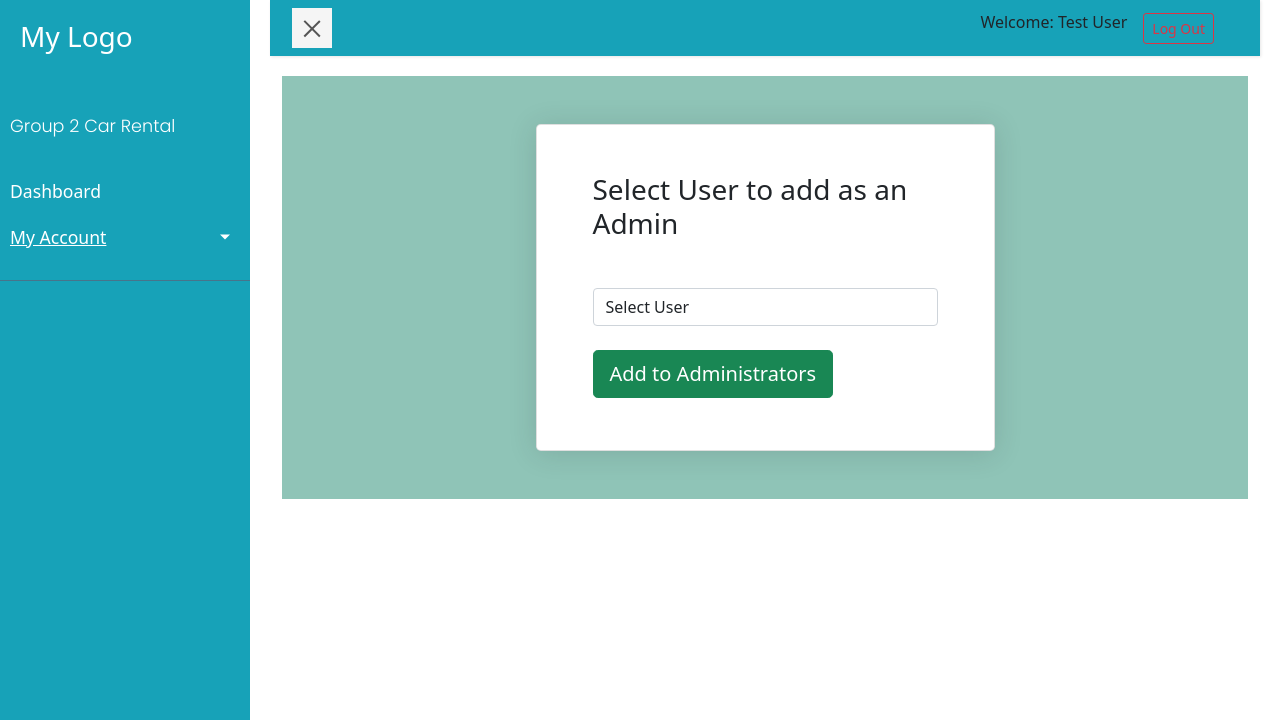
Repository: Cwills21/Aiti-dbc26.1-group-2
Page: http://localhost/admin/add
These files come from the project's save history. The page is drawn as it stood at one moment and after the next save; the edit follows.
The browser window is 1280 px wide. The pictures show the whole page.
Some web libraries are served in a nearby version. The page is served by the project's Laravel application, run on PHP 8.4 with Laravel 8. A made-up administrator, Test User (test@example.com), is signed in. Other server files are loaded and not shown. Queries for data that is not in the repository find no rows.

Above is the page before, as saved 2022-03-24 10:13:38.

### routes/web.php
<?php

use App\Http\Controllers\CarController;
use App\Http\Controllers\RentController;
use App\Http\Controllers\CustomerController;
use App\Http\Controllers\Auth\RegisteredUserController;
use Illuminate\Support\Facades\Route;

/*
|--------------------------------------------------------------------------
| Web Routes
|--------------------------------------------------------------------------
|
| Here is where you can register web routes for your application. These
| routes are loaded by the RouteServiceProvider within a group which
| contains the "web" middleware group. Now create something great!
|
*/


Route::get('/', [CarController::class, 'welcome'])->name('welcome');
Route::get('/dashbd', [CarController::class, 'dashbd'])->name('dashbd');

// Route::get('/dashboard', function () {
//     return view('dashboard');
// })->middleware(['auth'])->name('dashboard');

require __DIR__.'/auth.php';

//Cars
Route::prefix('/cars')->group(function(){
    Route::get('/', [CarController::class, 'showAllCars'])->name('showAllCars');
    Route::get('/add', [CarController::class, 'showAddCarPage'])->name('showAddCarPage');
    Route::get('/{id}/edit', [CarController::class, 'showEditCarPage'])->name('updateCar');

    Route::post('/', [CarController::class, 'saveCar'])->name('saveCar');
    Route::put('/', [CarController::class, 'updateCar']);
    Route::delete('/', [CarController::class, 'deleteCar'])->name('deleteCar');

    });
//Users
Route::prefix('/admin')->group(function(){
    // Route::get('/', [CarController::class, 'showAllCars'])->name('showAllCars');
    Route::get('/add', [RegisteredUserController::class, 'showAddAdmin'])->name('showAddAdmin');
    Route::put('/', [RegisteredUserController::class, 'addAdmin']);
    });

//Rent
Route::prefix('/rent')->group(function(){
    Route::get('/{id}/rent', [RentController::class, 'showRentCarPage'])->name('rentCar');
    });

//Customers
    //Route::prefix('/customers')->group(function(){
        // Route::get('/', [CarController::class, 'showAllCars'])->name('showAllCars');
        //Route::get('/add', [CustomerController::class, 'showAddCustomerPage'])->name('AddProfile');
        // Route::get('/{id}/edit', [CarController::class, 'showEditCarPage'])->name('updateCar');

        // Route::post('/', [CarController::class, 'saveCar'])->name('saveCar');
        // Route::put('/', [CarController::class, 'updateCar']);
        // Route::delete('/', [CarController::class, 'deleteCar'])->name('deleteCar');

        //});

Route::get('/customers', [CustomerController::class, 'showAllCustomers'])->middleware(['auth']);
Route::get('/customers/add', [CustomerController::class, 'showAddCustomerPage'])->name('AddProfile');
// Route::get('/courses/{id}', [CourseController::class, 'showOneCourse'])->name('viewCourse');

Route::get('/customers/{id}/edit', [CustomerController::class, 'showEditCustomerPage'])->name('updateCustomer');
Route::post('/customers', [CustomerController::class, 'saveCustomer'])->name('saveCustomer');
Route::put('/customers', [CustomerController::class, 'updateCustomer']);
Route::delete('/customers', [CustomerController::class, 'deleteCustomer'])->name('deleteCustomer');

### app/Models/User.php
<?php

namespace App\Models;

use Illuminate\Contracts\Auth\MustVerifyEmail;
use Illuminate\Database\Eloquent\Factories\HasFactory;
use Illuminate\Foundation\Auth\User as Authenticatable;
use Illuminate\Notifications\Notifiable;
use Laravel\Sanctum\HasApiTokens;

class User extends Authenticatable
{
    use HasApiTokens, HasFactory, Notifiable;

    /**
     * The attributes that are mass assignable.
     *
     * @var array<int, string>
     */
    protected $fillable = [
        'user_type',
        'name',
        'email',
        'password',
    ];

    /**
     * The attributes that should be hidden for serialization.
     *
     * @var array<int, string>
     */
    protected $hidden = [
        'password',
        'remember_token',
    ];

    /**
     * The attributes that should be cast.
     *
     * @var array<string, string>
     */
    protected $casts = [
        'email_verified_at' => 'datetime',
    ];
}

### app/Http/Controllers/Auth/RegisteredUserController.php
<?php

namespace App\Http\Controllers\Auth;

use App\Http\Controllers\Controller;
use App\Models\User;
use App\Providers\RouteServiceProvider;
use Illuminate\Auth\Events\Registered;
use Illuminate\Http\Request;
use Illuminate\Support\Facades\Auth;
use Illuminate\Support\Facades\Hash;
use Illuminate\Validation\Rules;
use Illuminate\Support\Facades\DB;

class RegisteredUserController extends Controller
{
    /**
     * Display the registration view.
     *
     * @return \Illuminate\View\View
     */
    public function create()
    {
        return view('auth.register');
    }

    /**
     * Handle an incoming registration request.
     *
     * @param  \Illuminate\Http\Request  $request
     * @return \Illuminate\Http\RedirectResponse
     *
     * @throws \Illuminate\Validation\ValidationException
     */
    public function store(Request $request)
    {
        $request->validate([
            'name' => ['required', 'string', 'max:255'],
            'email' => ['required', 'string', 'email', 'max:255', 'unique:users'],
            'password' => ['required', 'confirmed', Rules\Password::defaults()],
        ]);

        $user = User::create([
            'user_type' => 'Client',
            'name' => $request->name,
            'email' => $request->email,
            'password' => Hash::make($request->password),
        ]);

        event(new Registered($user));

        Auth::login($user);

        return redirect('/');
    }
    public function showAddAdmin() {
        $users = DB::table('users')
        ->where('user_type', '=', 'Client')
        ->get();
        return view('admins.add_admin')
        ->with('admins', $users);
    }
    public function addAdmin(Request $request){
        $Admin = User::findOrFail($request->input('id'));
        $Admin->user_type = 'Admin';
        $Admin->save();
        session()->flash('alert', $Admin->name. ' updated successfully');
        return redirect('/admin/add');
    }
}

### resources/views/admins/add_admin.blade.php
@extends('layout.master')

@section('page_title', 'Add Admin')

@section('content')
<section class="h-100 h-custom" style="background-color: #8fc4b7;">
  <div class="container py-5 h-100">
    <div class="row d-flex justify-content-center align-items-center h-100">
      <div class="col-lg-8 col-xl-6">
        <div class="card rounded-3">
          <!-- <img src="https://mdbcdn.b-cdn.net/img/Photos/new-templates/bootstrap-registration/img3.webp" class="w-100" style="border-top-left-radius: .3rem; border-top-right-radius: .3rem;" alt="Sample photo"> -->
          <div class="card-body p-4 p-md-5">
            <h3 class="mb-4 pb-2 pb-md-0 mb-md-5 px-md-2">Select User to add as an Admin</h3>

            <form action="/admin" method="POST" class="px-md-2">
              @csrf
              @method('PUT')
              <div class="mb-4">
              <select name="id" class="select form-control">
              <option>Select User</option>
              @foreach ($admins as $admin)
              <option value="{{$admin->id}}">{{$admin->name}}  [{{$admin->email}}]</option>
              @endforeach
            </select>
              </div>

              <button type="submit" class="btn btn-success btn-lg mb-1">Add to Administrators</button>
            </form>

          </div>
        </div>
      </div>
    </div>
  </div>
</section>
@endsection

### resources/views/layout/master.blade.php
<!DOCTYPE html>
<html>
<head>


    <meta charset="utf-8" />
    <meta name="viewport" content="width=device-width, initial-scale=1.0" />
    <meta http-equiv="X-UA-Compatible" content="IE=edge">
    <title>Car Rent &mdash; DBC26.1 G2</title>

    <link rel="stylesheet" href="{{url('css/bootstrap.css')}}">
     <link rel="stylesheet" href="{{url('css/style.css')}}"/>
     <link rel="stylesheet" href="{{url('css/details.css')}}"/>

     <!-- CSS -->
     <link rel="stylesheet" href="https://fonts.googleapis.com/css?family=Open+Sans:300,300i,400,600">
     <!-- CSS only -->
<link href="https://cdn.jsdelivr.net/npm/bootstrap@5.1.3/dist/css/bootstrap.min.css" rel="stylesheet" integrity="sha384-1BmE4kWBq78iYhFldvKuhfTAU6auU8tT94WrHftjDbrCEXSU1oBoqyl2QvZ6jIW3" crossorigin="anonymous">
<script src="https://cdn.jsdelivr.net/npm/bootstrap@5.1.3/dist/js/bootstrap.bundle.min.js" integrity="sha384-ka7Sk0Gln4gmtz2MlQnikT1wXgYsOg+OMhuP+IlRH9sENBO0LRn5q+8nbTov4+1p" crossorigin="anonymous"></script>

<!-- <link rel="stylesheet" href="https://stackpath.bootstrapcdn.com/bootstrap/4.2.1/css/bootstrap.min.css" integrity="sha384-GJzZqFGwb1QTTN6wy59ffF1BuGJpLSa9DkKMp0DgiMDm4iYMj70gZWKYbI706tWS" crossorigin="anonymous"> -->
        <link rel="stylesheet" href="https://use.fontawesome.com/releases/v5.7.0/css/all.css" integrity="sha384-lZN37f5QGtY3VHgisS14W3ExzMWZxybE1SJSEsQp9S+oqd12jhcu+A56Ebc1zFSJ" crossorigin="anonymous">
        <link rel="stylesheet" href="{{url('assets/css/animate.css')}}">
        <!-- <link rel="stylesheet" href="{{url('assets/css/style.css')}}"> -->
        <link rel="stylesheet" href="{{url('assets/css/media-queries.css')}}">
        <link rel="stylesheet" href="{{url('assets/css/carousel.css')}}">

        <!-- Favicon and touch icons -->
        <link rel="shortcut icon" href="{{url('assets/ico/favicon.png')}}">
        <link rel="apple-touch-icon-precomposed" sizes="144x144" href="{{url('assets/ico/apple-touch-icon-144-precomposed.png')}}">
        <link rel="apple-touch-icon-precomposed" sizes="114x114" href="{{url('assets/ico/apple-touch-icon-114-precomposed.png')}}">
        <link rel="apple-touch-icon-precomposed" sizes="72x72" href="{{url('assets/ico/apple-touch-icon-72-precomposed.png')}}">
        <link rel="apple-touch-icon-precomposed" href="{{url('assets/ico/apple-touch-icon-57-precomposed.png')}}">

</head>

<body>

    <div class="wrapper">
        <!-- Sidebar Holder -->
        <nav id="sidebar">
            <div class="sidebar-header">
                <h3>My Logo</h3>
            </div>

            <ul class="list-unstyled components">
                <p>Group 2 Car Rental</p>
                <li class="active">
                    <a class="nav-link active" href="{{ route('dashbd') }}">Dashboard</a>
                </li>
               @if(session('user_type')=="Admin")
                <li>
                    <a href="#adminSubmenu" data-toggle="collapse" aria-expanded="false" class="dropdown-toggle text-white" style="background:#17a2b8; color:white">Admin</a>
                    <ul class="collapse list-unstyled" id="adminSubmenu">
                        <li class="active">
                           <a class="nav-link active" href="{{ route('showAllCars') }}">view Cars</a>
                        </li>
                        <li>
                            <a style="background:#17a2b8; color:white" href="{{route('showAddAdmin')}}">Add admin user</a>
                        </li>
                        <li>
                            <a style="background:#17a2b8; color:white" href="#">View Customers</a>
                        </li>
                        <li>
                            <a style="background:#17a2b8; color:white" href="#">Pending Transactions</a>
                        </li>
                        <li>
                            <a style="background:#17a2b8; color:white" href="#">Approved Transactions</a>
                        </li>
                    </ul>
                </li>
               @endif
                <li>
                    <a href="#clientSubmenu" data-toggle="collapse" aria-expanded="false" class="dropdown-toggle text-white" style="background:#17a2b8; color:white">My Account</a>
                    <ul class="collapse list-unstyled" id="clientSubmenu">
                        <li>
                            <a style="background:#17a2b8; color:white" href="{{route('AddProfile')}}">Add Profile</a>
                        </li>
                        <li>
                            <a style="background:#17a2b8; color:white" href="#">History</a>
                        </li>
                        <li>
                            <a style="background:#17a2b8; color:white" href="#">Pending Transactions</a>
                        </li>
                    </ul>
                </li>
            </ul>
        </nav>

        <!-- Page Content Holder -->
        <div id="content">

            <nav class="navbar navbar-expand-lg navbar-light" style="background:#17a2b8">
                <div class="container-fluid">

                    <button type="button" id="sidebarCollapse" class="navbar-btn">
                        <span></span>
                        <span></span>
                        <span></span>
                        </button>
                    <button class="btn btn-dark d-inline-block d-lg-none ml-auto" type="button" data-toggle="collapse" data-target="#navbarSupportedContent" aria-controls="navbarSupportedContent" aria-expanded="false" aria-label="Toggle navigation">
                        <i class="fas fa-align-justify"></i>
                    </button>

                    <div class="collapse navbar-collapse" id="navbarSupportedContent">
                        <ul class="nav navbar-nav ml-auto">
                        @if (Route::has('login'))
                        @auth
                        <h6 class="">Welcome: {{Auth::user()->name}}</h6>
                        <form method="POST" action="{{ route('logout') }}">
                                    @csrf
                                    <x-responsive-nav-link :href="route('logout')"
                                            onclick="event.preventDefault();
                                                        this.closest('form').submit();">
                                        <button class="nav-item btn btn btn-outline-danger btn-sm">Log Out</button>
                                    </x-responsive-nav-link>
                        </form>
                        @else

                            <!-- <a href="{{ route('login') }}" class="nav-link">Log in</a> -->

                            @if (Route::has('register'))

                            <!-- <a href="{{ route('register') }}" class="nav-link">Register</a> -->

                            @endif
                        @endauth

                    @endif
                        </ul>
                    </div>
                </div>
            </nav>
            <div class="container-fluid content">
            @include('common.alert')
            {{-- @include('common.errors') --}}
            @yield('content')
            </div>

       </div>
    </div>

          @yield('modal')

    <!-- jQuery CDN - Slim version (=without AJAX) -->
    <script src="https://code.jquery.com/jquery-3.3.1.slim.min.js" integrity="sha384-q8i/X+965DzO0rT7abK41JStQIAqVgRVzpbzo5smXKp4YfRvH+8abtTE1Pi6jizo" crossorigin="anonymous"></script>
    <!-- Popper.JS -->
    <!-- <script src="https://cdnjs.cloudflare.com/ajax/libs/popper.js/1.14.0/umd/popper.min.js" integrity="sha384-cs/chFZiN24E4KMATLdqdvsezGxaGsi4hLGOzlXwp5UZB1LY//20VyM2taTB4QvJ" crossorigin="anonymous"></script> -->
    <!-- Bootstrap JS -->
    <!-- <script src="https://cdn.jsdelivr.net/npm/bootstrap@5.1.3/dist/js/bootstrap.bundle.min.js" integrity="sha384-ka7Sk0Gln4gmtz2MlQnikT1wXgYsOg+OMhuP+IlRH9sENBO0LRn5q+8nbTov4+1p" crossorigin="anonymous"></script> -->


   <script type="text/javascript">
        $(document).ready(function () {
            $('#sidebarCollapse').on('click', function () {
                $('#sidebar').toggleClass('active');
                $(this).toggleClass('active');
            });
        });
    </script>

         <script src="{{url('assets/js/jquery-3.3.1.min.js')}}"></script>
         <!-- JavaScript Bundle with Popper -->
		<script src="{{url('assets/js/jquery-migrate-3.0.0.min.js')}}"></script>

		<script src="https://cdnjs.cloudflare.com/ajax/libs/popper.js/1.14.6/umd/popper.min.js" integrity="sha384-wHAiFfRlMFy6i5SRaxvfOCifBUQy1xHdJ/yoi7FRNXMRBu5WHdZYu1hA6ZOblgut" crossorigin="anonymous"></script>
		<script src="https://stackpath.bootstrapcdn.com/bootstrap/4.2.1/js/bootstrap.min.js" integrity="sha384-B0UglyR+jN6CkvvICOB2joaf5I4l3gm9GU6Hc1og6Ls7i6U/mkkaduKaBhlAXv9k" crossorigin="anonymous"></script>
        <script src="{{url('assets/js/jquery.backstretch.min.js')}}"></script>
        <script src="{{url('assets/js/wow.min.js')}}"></script>
        <script src="{{url('assets/js/scripts.js')}}"></script>



</body>
</html>

### resources/views/common/alert.blade.php
 @if(session()->has('alert'))
 <div class="alert alert-success" role="alert">
  {{session('alert')}}
</div>
@endif

### public/css/details.css
body {
    margin-top: 20px;
    background-color: #f2f6fc;
    color: #69707a;
}

.img-account-profile {
    height: 10rem;
}

.rounded-circle {
    border-radius: 50% !important;
}

.card {
    box-shadow: 0 0.15rem 1.75rem 0 rgb(33 40 50 / 15%);
}

    .card .card-header {
        font-weight: 500;
    }

.card-header:first-child {
    border-radius: 0.35rem 0.35rem 0 0;
}

.card-header {
    padding: 1rem 1.35rem;
    margin-bottom: 0;
    background-color: rgba(33, 40, 50, 0.03);
    border-bottom: 1px solid rgba(33, 40, 50, 0.125);
}

.form-control, .dataTable-input {
    display: block;
    width: 100%;
    padding: 0.875rem 1.125rem;
    font-size: 0.875rem;
    font-weight: 400;
    line-height: 1;
    color: #69707a;
    background-color: #fff;
    background-clip: padding-box;
    border: 1px solid #c5ccd6;
    -webkit-appearance: none;
    -moz-appearance: none;
    appearance: none;
    border-radius: 0.35rem;
    transition: border-color 0.15s ease-in-out, box-shadow 0.15s ease-in-out;
}

.nav-borders .nav-link.active {
    color: #0061f2;
    border-bottom-color: #0061f2;
}

.nav-borders .nav-link {
    color: #69707a;
    border-bottom-width: 0.125rem;
    border-bottom-style: solid;
    border-bottom-color: transparent;
    padding-top: 0.5rem;
    padding-bottom: 0.5rem;
    padding-left: 0;
    padding-right: 0;
    margin-left: 1rem;
    margin-right: 1rem;
}

### public/assets/css/media-queries.css

@media (min-width: 992px) and (max-width: 1199px) {

	.section-1-box .section-1-box-icon { width: 60px; height: 60px; font-size: 32px; line-height: 60px; }

}

@media (min-width: 768px) and (max-width: 991px) {

	.navbar-expand-md .navbar-nav .nav-link { padding-left: 0.6rem; padding-right: 0.6rem; }

	.section-description p { padding: 0; }

	.section-1-box .section-1-box-icon { width: 50px; height: 50px; font-size: 26px; line-height: 50px; }

	.section-3-box .section-3-box-icon { width: 50px; height: 50px; font-size: 26px; line-height: 50px; }

}

@media (max-width: 767px) {

	.navbar-dark .navbar-toggler { border-color: #444; }
	.navbar-dark .navbar-toggler:focus { background: #333; outline: 0; }
	.navbar-expand-md .navbar-nav .nav-link { padding-top: 0.3rem; padding-bottom: 0.3rem; }

	.section-description p { padding: 0; }

	.section-1-container { padding-bottom: 60px; }
	.section-1-box { text-align: center; }
	.section-1-box h3 { margin-top: 20px; padding-top: 10px; }

	.section-3-box { text-align: center; }
	.section-3-box h3 { margin-top: 20px; padding-top: 10px; }

}

@media (max-width: 415px) {

	h1, h2 { font-size: 32px; }

}


/* Retina-ize images/icons */

@media
only screen and (-webkit-min-device-pixel-ratio: 2),
only screen and (   min--moz-device-pixel-ratio: 2),
only screen and (     -o-min-device-pixel-ratio: 2/1),
only screen and (        min-device-pixel-ratio: 2),
only screen and (                min-resolution: 192dpi),
only screen and (                min-resolution: 2dppx) {

	/* logo */
    .navbar-brand {
    	background-image: url(../img/logo@2x.png) !important; background-repeat: no-repeat !important; background-size: 123px 34px !important;
    }

}

Loaded but not shown: routes/auth.php (common file); app/Http/Controllers/Controller.php (common file); resources/views/components/responsive-nav-link.blade.php (common file); public/css/bootstrap.css (library); public/assets/css/animate.css (library); public/assets/js/jquery-3.3.1.min.js (library); public/assets/js/jquery-migrate-3.0.0.min.js (library); public/assets/js/jquery.backstretch.min.js (library); public/assets/js/wow.min.js (library); public/assets/js/scripts.js (63 lines, source omitted); public/assets/css/carousel.css (212 lines, source omitted); public/assets/css/style.css (127 lines, source omitted); public/css/style.css (233 lines, source omitted)

After the next save:
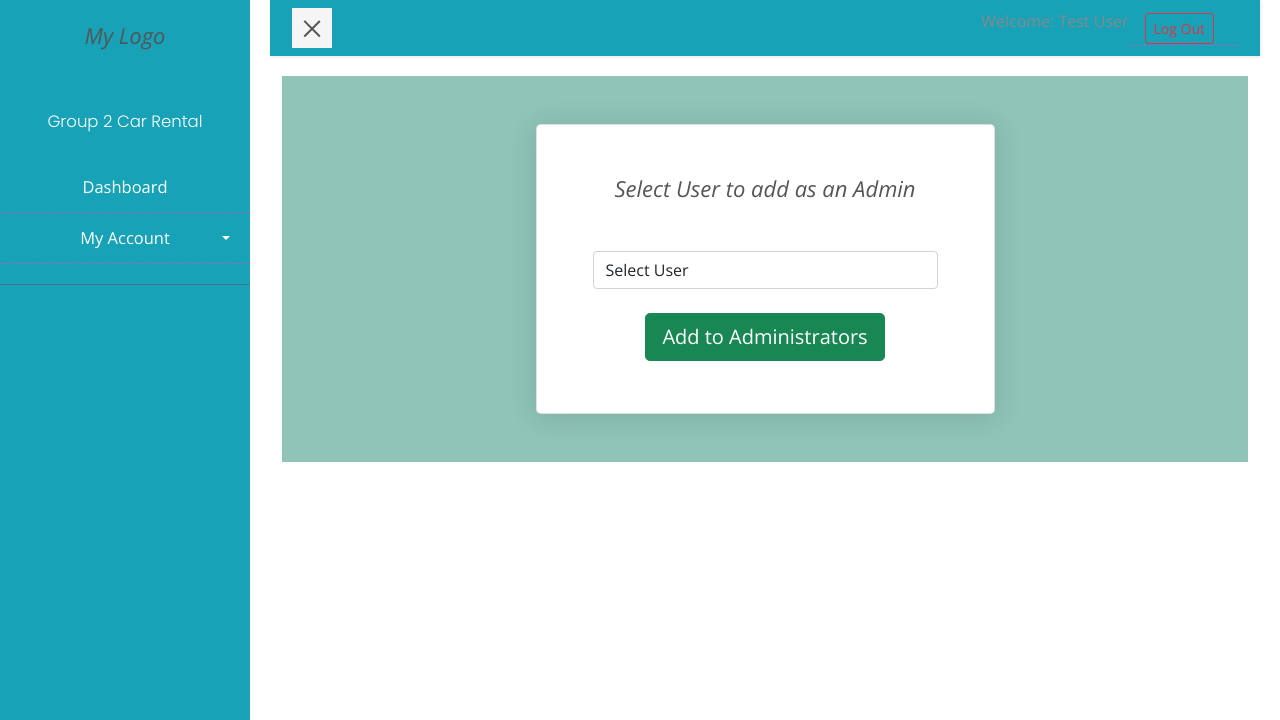
Saved 108 s later.
--- a/resources/views/layout/master.blade.php
+++ b/resources/views/layout/master.blade.php
@@ -21,7 +21,7 @@
 <!-- <link rel="stylesheet" href="https://stackpath.bootstrapcdn.com/bootstrap/4.2.1/css/bootstrap.min.css" integrity="sha384-GJzZqFGwb1QTTN6wy59ffF1BuGJpLSa9DkKMp0DgiMDm4iYMj70gZWKYbI706tWS" crossorigin="anonymous"> -->
         <link rel="stylesheet" href="https://use.fontawesome.com/releases/v5.7.0/css/all.css" integrity="sha384-lZN37f5QGtY3VHgisS14W3ExzMWZxybE1SJSEsQp9S+oqd12jhcu+A56Ebc1zFSJ" crossorigin="anonymous">
         <link rel="stylesheet" href="{{url('assets/css/animate.css')}}">
-        <!-- <link rel="stylesheet" href="{{url('assets/css/style.css')}}"> -->
+        <link rel="stylesheet" href="{{url('assets/css/style.css')}}">
         <link rel="stylesheet" href="{{url('assets/css/media-queries.css')}}">
         <link rel="stylesheet" href="{{url('assets/css/carousel.css')}}">
 
